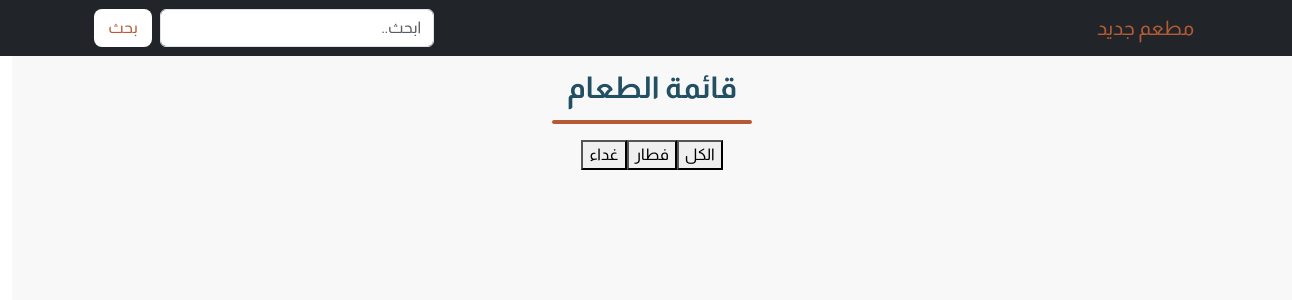
Repository: kerlos-alfy/Restaurant-Menu
Page: /
The author's editor kept a copy of each file at every save. The page is drawn from the files as they stood at one save, then again after the next save.
The browser window is 1280 px wide. The page is 1292 px wide, so the pictures cover 1292 px, including what lies to the right of the window. The pictures show the whole page.
Some web fonts or font styles are not loaded; a fallback is used. The project was rebuilt for these pictures with package versions that can differ from the ones it lists, and the page was loaded fresh each time. Also part of the build but not shown: vite.config.js, src/App.css.

Above is the page before, as saved 2024-12-20 01:19:08.

After the next save:
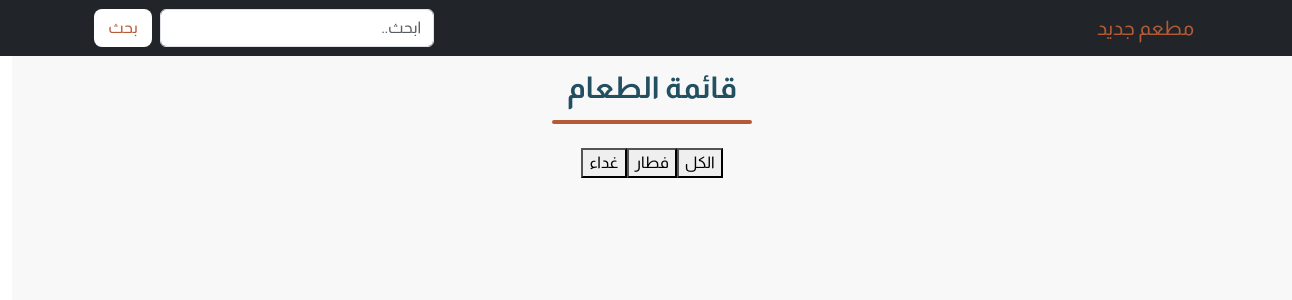
Saved 62 s later.
--- a/src/components/Category.jsx
+++ b/src/components/Category.jsx
@@ -2,8 +2,8 @@ import { Col, Row } from "react-bootstrap";
 
 const Category = () => {
 	return (
-		<Row>
-			<Col sm="12" className="text-center justify-content-center d-flex">
+		<Row className="my-2 mb-5">
+			<Col sm="12" className=" justify-content-center d-flex">
 				<div>
 					<button className="btn-mx-2">الكل</button>
 					<button className="btn-mx-2">فطار</button>
